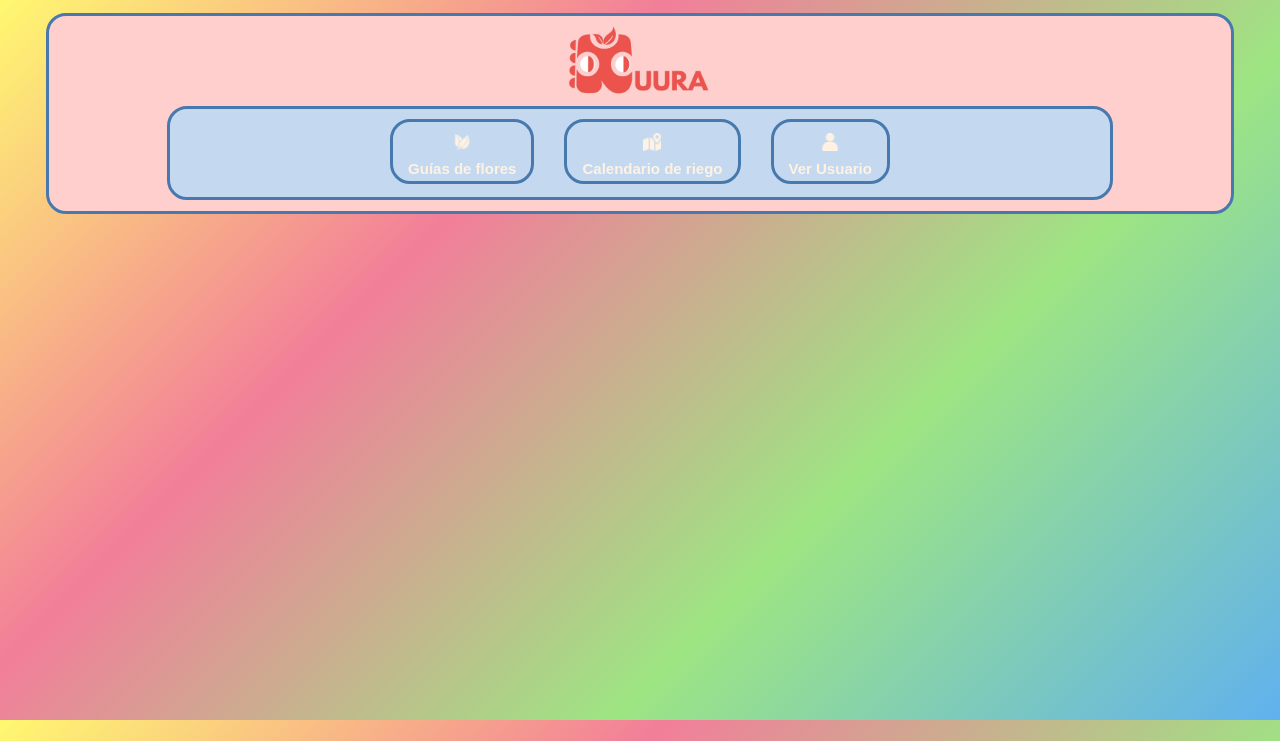
Repository: carrascokarencb37-afk/Nuura
Page: html/menu.html
An editor plug-in stored every save of this project. The page is shown before and after the next save, followed by the edit.
The browser window is 1280 px wide. The pictures show the whole page.
Backgrounds fixed to the window are drawn as part of the page.

Above is the page before, as saved 2026-05-28 23:09:01.
Console error: TypeError: Cannot set properties of null (setting 'innerHTML')

### html/menu.html
<!DOCTYPE html>
<html lang="es">
<head>
    <meta charset="UTF-8">
    <meta name="viewport" content="width=device-width, initial-scale=1.0">
    <title>Nuura</title>

    <link rel="stylesheet" href="../css/menu.css">
    <script src="../js/menu.js" defer></script>
    <link rel="icon" href="../img/Nuura.png" type="png">

</head>
<body>
    <header class="banner">

        <nav class="menu">

            <div class="top_bar">
                <img src="../img/logo_rosita.jpeg" alt="Logo de nombre" height="70px" width="150px" class="titulo">
                <button class="menu_desp">☰</button>
            </div>
                <div class="cont_botones">

                    <a href="../php/guia.php" class="boton">
                        <span class="icon">
                            <img src="../img/leaves.png" data-normal="../img/leaves.png"
                            data-activo="../img/leaves_click.png" alt="documents" width="18px">
                        </span>
                        <span class="text">Guías de flores</span>
                    </a>

                    <a href="calendario.html" class="boton">
                        <span class="icon">
                            <img src="../img/map.png" data-normal="../img/map.png"
                            data-activo="../img/map_click.png" alt="Home" width="18px">
                        </span>
                        <span class="text">Calendario de riego</span>
                    </a>

                    <a href="usuario.html" class="boton">
                        <span class="icon">
                            <img src="../img/user.png" data-normal="../img/user"
                            data-activo="../img/gardening_click.png" alt="clock" width="18px">
                        </span>
                        <span class="text">Ver Usuario</span>
                    </a>

            </div>
        </nav>
    </header>


</body>
</html>

### css/menu.css

body{
        background: linear-gradient(135deg, #fff870, #f27e99, #9de583, #60b1ef);
        background-size: cover;
    background-attachment: fixed;
    min-height: 100vh;

}




/*Estilo de los botones del menu*/
.boton {
    font-family: Arial, Helvetica, sans-serif;
    color: #FFF2E3;
    padding: 4px 15px;
    border-radius: 20px;
    margin-bottom: 10px;
    display: flex;
    flex-direction: column;
    text-align: center;
    align-items: center;
    width: auto;
    height: auto;
    border: 3px solid #4879AE;
}

a{
    text-decoration: none;
}

/*Para que los icon esten peques (creo)*/
.icon {
    font-size: 28px;
    margin-bottom: 2px;
}
/*El texto del icon*/
.text {
    font-size: 15px;
    font-weight: 600;
}

/*Este es el fondo de todo el menu (y contendor padre, hasta donde recuerdo)*/
.menu {
    margin: 1% 3%;
    background-color: #FFCFCD;
    display: flex;
    flex-direction: column;
    align-items: stretch;
    border-radius: 20px;
    border: 3px solid #4879AE;
}

/*Para que se centraran porque me daba ansiedad*/
.menu .boton {
    justify-content: center;
    align-items: center;
}

h1 {
    color:#707f39;
    margin: 7px;
    font-weight: 800;
    font-size: 45px;
}

/*Este es para el menu desplegable (como se pone en moviles, asi todo comprimido y tal)*/
.top_bar {
    position: relative;
    display: flex;
    align-items: center;
    padding: 10px;
    height: 70px;
    position: relative;
}

/*Es el coso de Nuura que va hasta arriba al centro*/
.titulo {
    position: absolute;
    left: 50%;
    transform: translateX(-50%);
}

/*El contenedor directo de los botones*/
.cont_botones {
    display: flex;
    gap: 30px;
    justify-content: center;
    flex-wrap: wrap;
    padding: 10px 20px 3px 20px;
    background-color: #c4d9f0;
    margin: 0 10% 1% 10%;
    border-radius: 20px;
    border: 3px solid #4879AE;
}

/*El nombre lo dice, mas cosas del menu desplegable*/
.menu_desp {
background: none;
border: none;
color: #FFF2E3;
font-size: 28px;
cursor: pointer;
}

.top_bar {
    position: relative;
    display: flex;
    align-items: center;
    padding: 10px;
}

.menu_desp {
    margin-left: auto;
}

/*Responsive para moviles*/
@media (max-width: 1000px) {

    .menu {
        position: relative;
    }

    .cont_botones {
        display: none;
        flex-direction: column;
        position: absolute;
        top: 70px;
        right: 10px;
        width: 200px;
        background-color: #FFF2E3;
        padding: 10px;
        box-shadow: 0 5px 15px rgba(0,0,0,0.3);
    }

    .cont_botones.act {
        display: flex;
    }

    .boton {
        width: 100%;
        text-align: left;
        padding: 10px;
    }
}

/*Un poquito de responsive para computadoras*/
@media (min-width: 1001px) {
    .menu_desp {
        display: none;
    }

    .cont_botones {
        display: flex;
        flex-direction: row;
        overflow-x: visible;
    }
}
/*Para cuando presiones un boton del menu, se cambien de color el texto y el fondo*/
.boton.activo {
    background-color: #F1F191 !important;
    color: #6f7f3d !important;
}

### js/menu.js
fetch('../html/menu.html')
    .then(res => res.text())
    .then(data=> {

        document.getElementById('menu_container').innerHTML = data;

        const desp =
    document.querySelector('.menu_desp');
    const menu =
    document.querySelector('.cont_botones');

    console.log(desp);

    desp.addEventListener('click', () => {
        menu.classList.toggle('act');
    });

    const links =
    document.querySelectorAll('.boton');
            const rutAct =
    window.location.pathname;

            links.forEach(link => {
                const href =
    link.getAttribute('href');

                if (rutAct.endsWith(href)) {
    link.classList.add('activo');

            const img =
    link.querySelector('img');
                if(img) {
                    const src =
    img.getAttribute('src');
                        img.setAttribute('src',
    src.replace('.png', '_click.png'));
                }
                }
            });
});

After the next save:
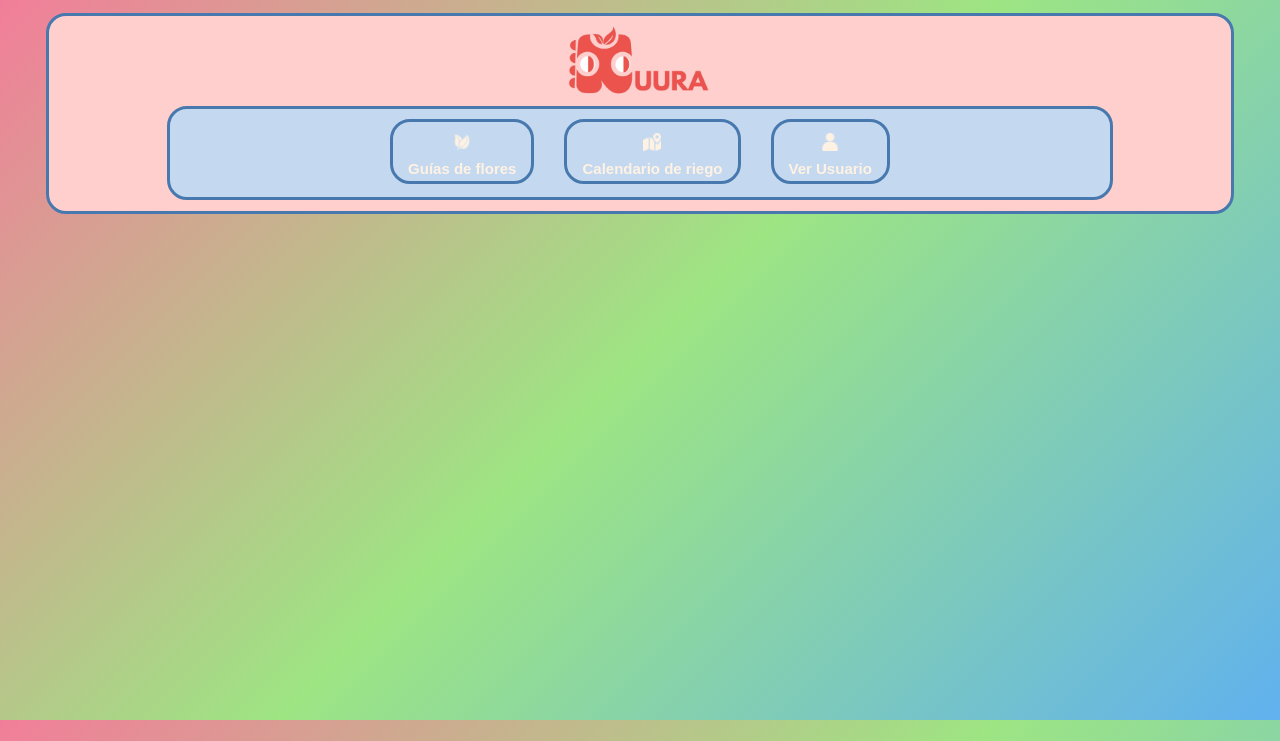
Saved 45 s later.
--- a/css/menu.css
+++ b/css/menu.css
@@ -1,6 +1,6 @@
 
 body{
-        background: linear-gradient(135deg, #fff870, #f27e99, #9de583, #60b1ef);
+        background: linear-gradient(135deg, #f27e99, #9de583, #60b1ef);
         background-size: cover;
     background-attachment: fixed;
     min-height: 100vh;
